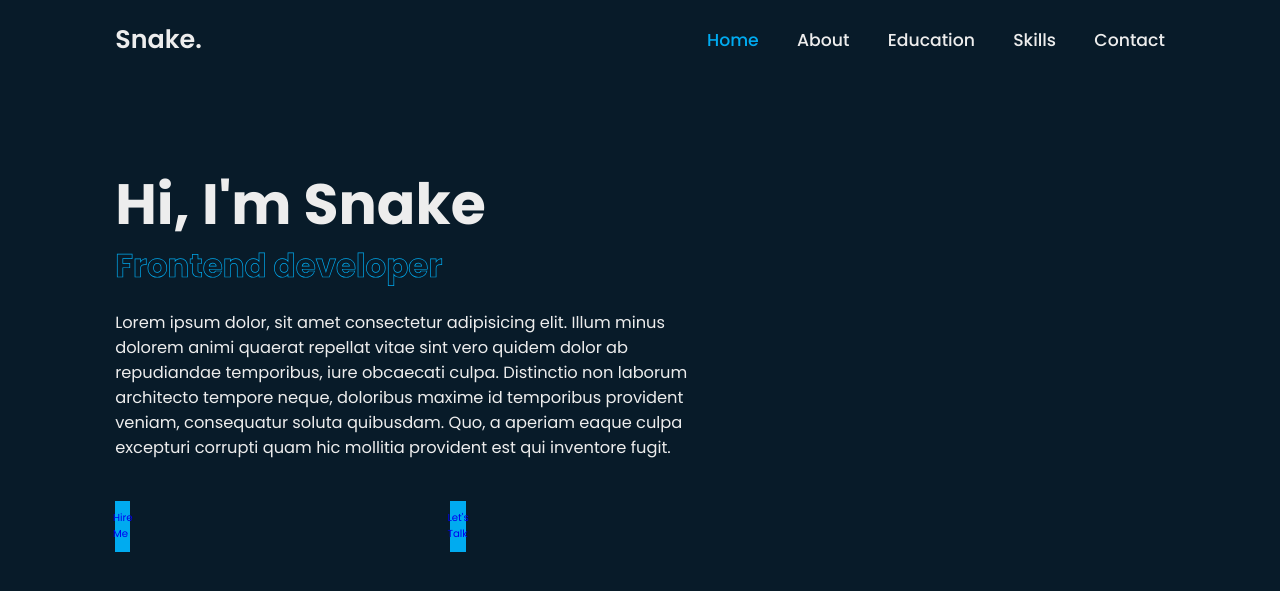
Repository: Tanty102/About_Me
Page: index.html
The author's editor kept a copy of each file at every save. The page is drawn from the files as they stood at one save, then again after the next save.
The browser window is 1280 px wide. The pictures show the whole page.

Above is the page before, as saved 2023-09-12 16:44:22.

After the next save:
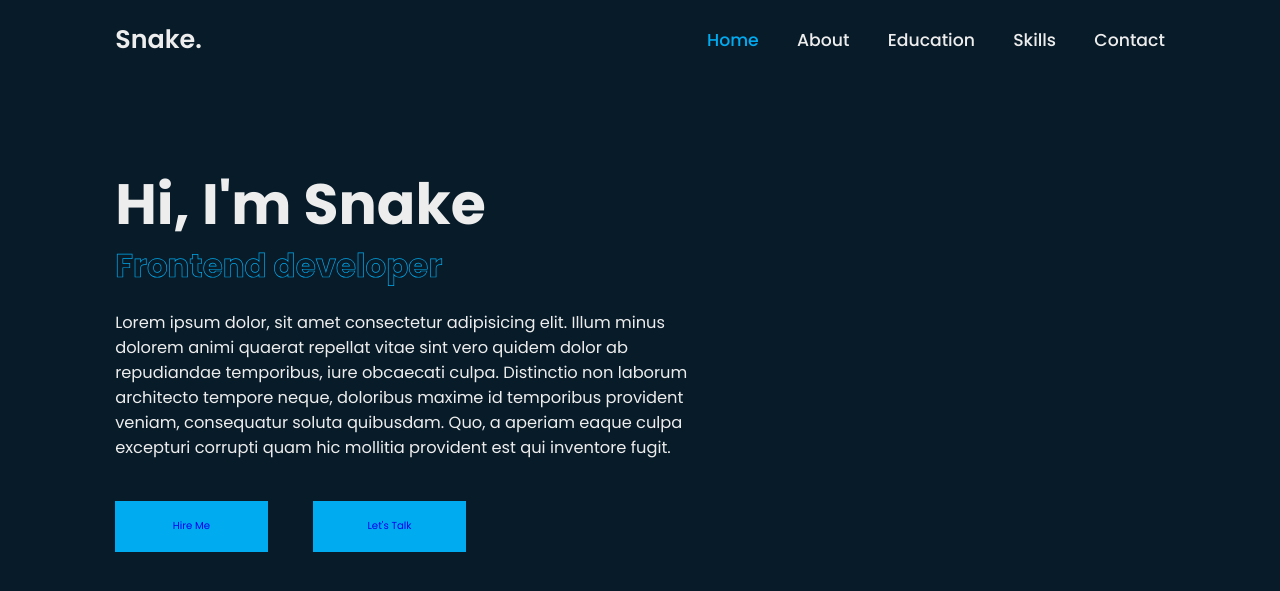
Saved 11 s later.
--- a/style.css
+++ b/style.css
@@ -117,7 +117,7 @@ section {
   display: inline-flex;
   justify-content: center;
   align-items: center;
-  width: 1.5rem;
+  width: 15rem;
   height: 100%;
   background: var(--main-color);
 }
